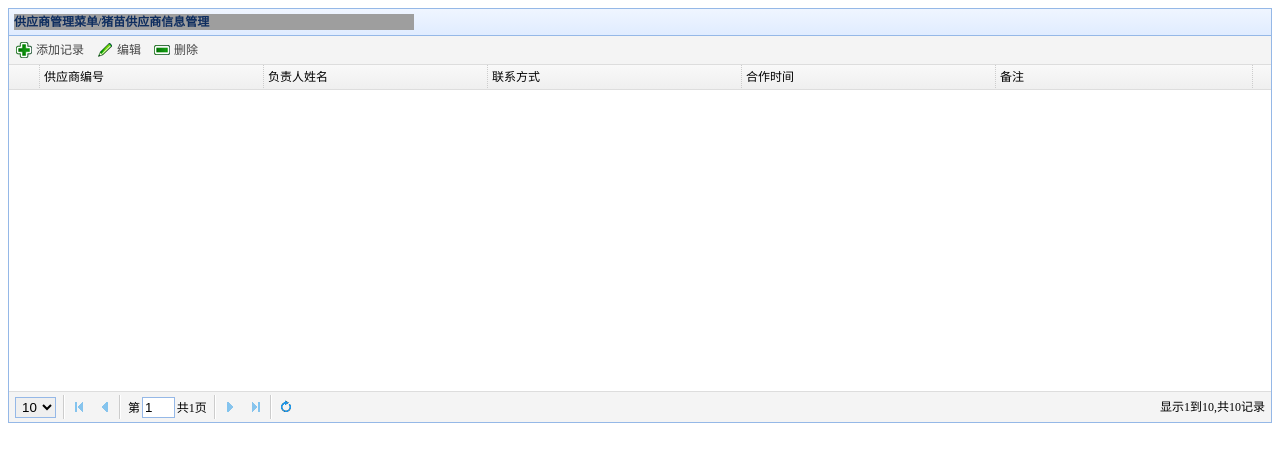
Repository: xnmll/jsp-mysql-mini-system
Page: finally/Member/WebRoot/store_zhumiao.html
These files come from the project's save history. The page is drawn as it stood at one moment and after a run of saves; the edit follows.
The browser window is 1280 px wide. The pictures show the whole page.
Pictures or frames that could not be fetched are drawn as grey boxes. The page's requests for data from a server got no answer.

Above is the page before, as saved 2018-05-03 04:14:23.

### finally/Member/WebRoot/store_zhumiao.html
<!DOCTYPE html>
<html lang="zh-cn">
<head>
<meta charset="UTF-8">
<title>渭南石羊企业生猪养殖信息系统</title>
<script src="eui/jquery.min.js"></script>
<script src="eui/jquery.easyui.min.js"></script>
<script src="eui/easyui-lang-zh_CN.js"></script>
<link rel="stylesheet" href="eui/themes/icon.css">
<link rel="stylesheet" href="eui/themes/default/easyui.css">
<style type="text/css">
#fm {
	margin: 0;
	padding: 10px 30px;
}

.ftitle {
	font-size: 14px;
	font-weight: bold;
	padding: 5px 0;
	margin-bottom: 10px;
	border-bottom: 1px solid #ccc;
}

.fitem {
	margin-bottom: 5px;
}

.fitem label {
	display: inline-block;
	width: 80px;
}

.fitem input {
	width: 160px;
}
</style>
<script>
	var url;
	//点击添加商品弹出菜单
	function newCard() {
		$("#dlg").dialog('open').dialog('setTitle', '添加记录');
		$("#fm").form('clear');
		url = "addCardAction"
	}

	//对话框OK选项

	function saveCard() {
		$('#fm').form('submit', {
			url : url,
			onSubmit : function() {
				return $(this).form('validate');
			},
			success : function(result) {
				var result = eval('(' + result + ')');
				if (result.errorMsg) {
					$.messager.show({
						title : 'Error',
						msg : result.errorMsg
					});
				} else {
					$('#dlg').dialog('close'); // close the dialog
					$('#dg').datagrid('reload'); // reload the user data
				}
			}
		});
	}

	function editCard() {
		var row = $('#dg').datagrid('getSelected');
		if (row) {
			$('#dlg').dialog('open').dialog('setTitle', '编辑供应商');
			$('#fm').form('load', row);
			url = 'updateCardAction?id=' + row.CardID;
		}
	}

	function destroyCard() {
		var ids = [];
		var rows = $("#dg").datagrid('getSelections');
		for (var i = 0; i < rows.length; i++) {
			ids.push(rows[i].CardID);
		}
		var ids = ids.toString();
		if (rows) {
			$.messager.confirm('确定', '确定删除这条记录？', function(r) {
				if (r) {
					$.post('deleteCardAction', {
						ids : ids
					}, function(result) {
						if (result.success) {
							$("#dg").datagrid('reload');
						} else {
							$.messager.show({
								Title : '错误',
								msg : result.errorMsg
							})
						}
					}, 'json');
				}
			})
		}
	}
</script>
</head>
<body>
	<table id="dg" title="供应商管理菜单/猪苗供应商信息管理" class="easyui-datagrid"
		style="width: 100%; height: 100%"
		data-options="rownumbers:true,singleSelect:true,pagination:true"
		url="displayFourOne" toolbar="#toolbar" rownumbers="true"
		fitColumns="true" singleSelect="false">
		<thead>
			<tr>
				<th field="CardNumber" width="22">供应商编号</th>
				<th field="CardPassword" width="22">负责人姓名</th>
				<th field="Point" width="25">联系方式</th>
				<th field="TimeOutDate" width="25">合作时间</th>
				<th field="isUse" width="25">备注</th>
			</tr>
		</thead>
	</table>
	<div id="toolbar">
		<a href="javascript:void(0)" class="easyui-linkbutton"
			iconCls="icon-add" plain="true" onclick="newCard()">添加记录</a> <a
			href="javascript:void(0)" class="easyui-linkbutton"
			iconCls="icon-edit" plain="true" onclick="editCard()">编辑</a> <a
			href="javascript:void(0)" class="easyui-linkbutton"
			iconCls="icon-remove" plain="true" onclick="destroyCard()">删除</a>
	</div>
	<div id="dlg" class="easyui-dialog"
		style="width: 400px; height: 280px; padding: 10px 20px" closed="true"
		buttons="#dlg-buttons">
		<div class="ftitle">客户编号</div>
		<form id="fm" method="post" novalidate>

			<div class="fitem">
				<label>客户姓名</label> <input type="text" name="CardNumber"
					class="easyui-validate">
			</div>

			<div class="fitem">
				<label>联系方式</label> <input type="text" name="CardPassword"
					class="easyui-validate">
			</div>

			<div class="fitem">
				<label>备注</label> <input type="text" name="Point"
					class="easyui-validate">
			</div>

			<div class="fitem">
				<label>合作时间</label> <input class="easyui-datetimebox"
					name="TimeOutDate" />
			</div>

		</form>
	</div>
	<div id="dlg-buttons">
		<a href="#" class="easyui-linkbutton" iconCls="icon-ok"
			onclick="saveCard()">保存</a> <a href="#" class="easyui-linkbutton"
			iconCls="icon-cancel" onclick="javascript:$('#dlg').dialog('close')">取消</a>
	</div>


</body>
</html>

### finally/Member/WebRoot/eui/themes/icon.css
.icon-blank{
	background:url('icons/blank.gif') no-repeat center center;
}
.icon-add{
	background:url('icons/edit_add.png') no-repeat center center;
}
.icon-edit{
	background:url('icons/pencil.png') no-repeat center center;
}
.icon-clear{
	background:url('icons/clear.png') no-repeat center center;
}
.icon-remove{
	background:url('icons/edit_remove.png') no-repeat center center;
}
.icon-save{
	background:url('icons/filesave.png') no-repeat center center;
}
.icon-cut{
	background:url('icons/cut.png') no-repeat center center;
}
.icon-ok{
	background:url('icons/ok.png') no-repeat center center;
}
.icon-no{
	background:url('icons/no.png') no-repeat center center;
}
.icon-cancel{
	background:url('icons/cancel.png') no-repeat center center;
}
.icon-reload{
	background:url('icons/reload.png') no-repeat center center;
}
.icon-search{
	background:url('icons/search.png') no-repeat center center;
}
.icon-print{
	background:url('icons/print.png') no-repeat center center;
}
.icon-help{
	background:url('icons/help.png') no-repeat center center;
}
.icon-undo{
	background:url('icons/undo.png') no-repeat center center;
}
.icon-redo{
	background:url('icons/redo.png') no-repeat center center;
}
.icon-back{
	background:url('icons/back.png') no-repeat center center;
}
.icon-sum{
	background:url('icons/sum.png') no-repeat center center;
}
.icon-tip{
	background:url('icons/tip.png') no-repeat center center;
}
.icon-filter{
	background:url('icons/filter.png') no-repeat center center;
}
.icon-man{
	background:url('icons/man.png') no-repeat center center;
}
.icon-lock{
	background:url('icons/lock.png') no-repeat center center;
}
.icon-more{
	background:url('icons/more.png') no-repeat center center;
}


.icon-mini-add{
	background:url('icons/mini_add.png') no-repeat center center;
}
.icon-mini-edit{
	background:url('icons/mini_edit.png') no-repeat center center;
}
.icon-mini-refresh{
	background:url('icons/mini_refresh.png') no-repeat center center;
}

.icon-large-picture{
	background:url('icons/large_picture.png') no-repeat center center;
}
.icon-large-clipart{
	background:url('icons/large_clipart.png') no-repeat center center;
}
.icon-large-shapes{
	background:url('icons/large_shapes.png') no-repeat center center;
}
.icon-large-smartart{
	background:url('icons/large_smartart.png') no-repeat center center;
}
.icon-large-chart{
	background:url('icons/large_chart.png') no-repeat center center;
}

Loaded but not shown: finally/Member/WebRoot/eui/jquery.min.js (library); finally/Member/WebRoot/eui/jquery.easyui.min.js (library); finally/Member/WebRoot/eui/easyui-lang-zh_CN.js (70 lines, source omitted); finally/Member/WebRoot/eui/themes/default/easyui.css (2869 lines, source omitted)

After the next 2 saves:
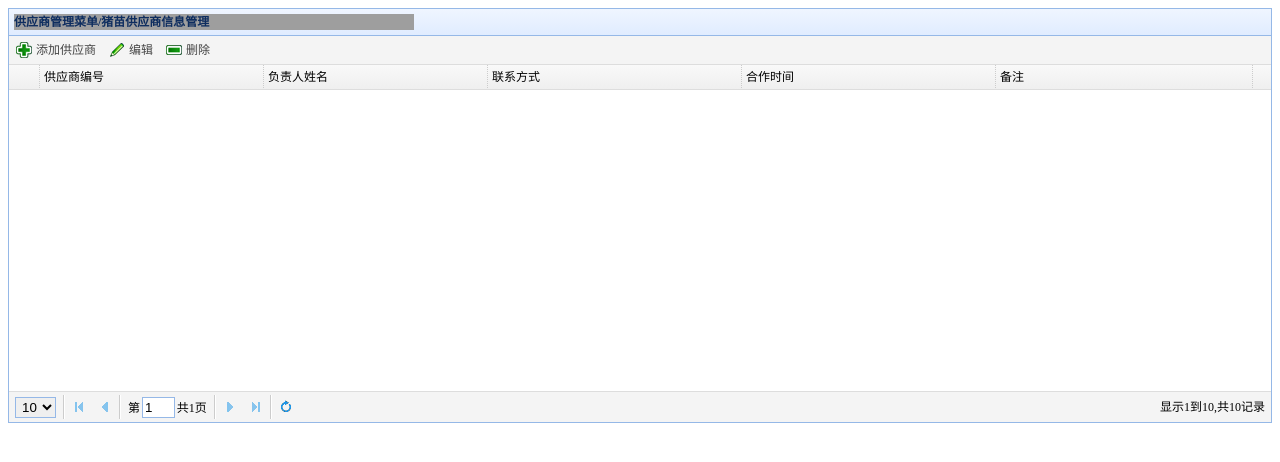
The 2 saves are shown as one change because they came seconds apart.
The last was saved 6 s later.
--- a/finally/Member/WebRoot/store_zhumiao.html
+++ b/finally/Member/WebRoot/store_zhumiao.html
@@ -122,7 +122,7 @@
 	</table>
 	<div id="toolbar">
 		<a href="javascript:void(0)" class="easyui-linkbutton"
-			iconCls="icon-add" plain="true" onclick="newCard()">添加记录</a> <a
+			iconCls="icon-add" plain="true" onclick="newCard()">添加供应商</a> <a
 			href="javascript:void(0)" class="easyui-linkbutton"
 			iconCls="icon-edit" plain="true" onclick="editCard()">编辑</a> <a
 			href="javascript:void(0)" class="easyui-linkbutton"
@@ -131,7 +131,7 @@
 	<div id="dlg" class="easyui-dialog"
 		style="width: 400px; height: 280px; padding: 10px 20px" closed="true"
 		buttons="#dlg-buttons">
-		<div class="ftitle">客户编号</div>
+		<div class="ftitle">供应商编号</div>
 		<form id="fm" method="post" novalidate>
 
 			<div class="fitem">
